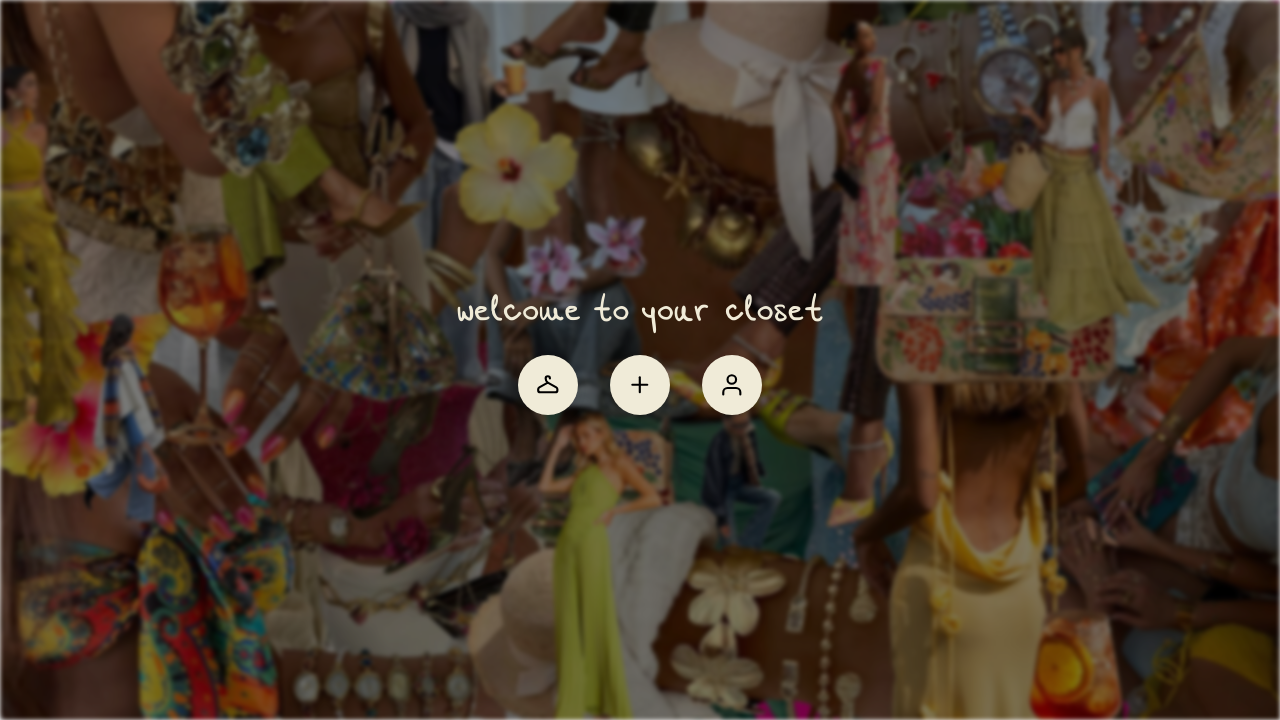
Repository: karla-sikavica/theCloset
Page: /home (app in frontend/)
An editor plug-in stored every save of this project. The page is shown before and after the next save, followed by the edit.
The browser window is 1280 px wide. The pictures show the whole page.
The project was rebuilt for these pictures with package versions that can differ from the ones it lists, and the page was loaded fresh each time. Also part of the build but not shown: frontend/vite.config.ts, frontend/src/components/css/GoogleButton.module.css, frontend/src/components/ui/GoogleButton.tsx, frontend/src/components/ui/GoogleLogin.tsx, frontend/src/pages/css/Login.module.css, frontend/src/pages/Login.tsx, frontend/src/pages/css/Loading.module.css, frontend/src/pages/Loading.tsx and 12 more.

Above is the page before, as saved 2025-04-24 15:29:09.

After the next save:
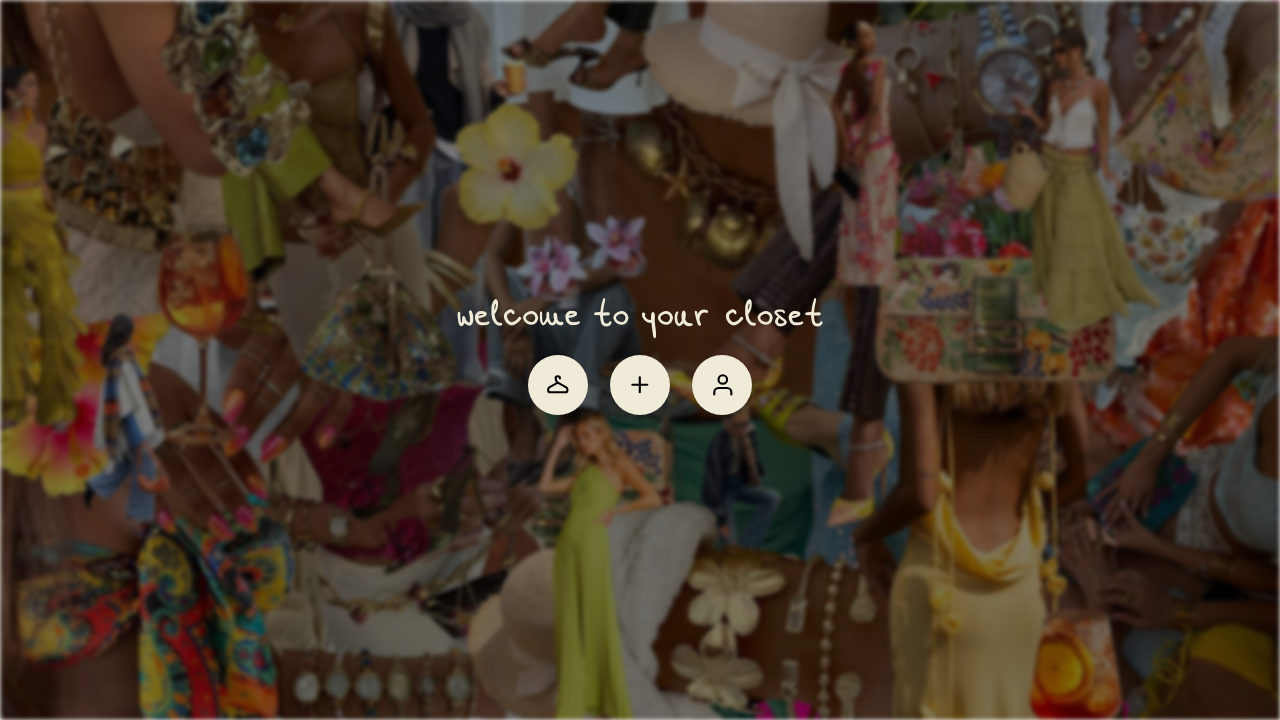
Saved 2 min 13 s later.
--- a/frontend/src/components/css/HomeButton.css
+++ b/frontend/src/components/css/HomeButton.css
@@ -7,7 +7,7 @@
     display: flex;
     align-items: center;
     justify-content: center;
-    margin: 1rem;
+    margin: 0.7rem;
     cursor: pointer;
     transition: background-color 0.3s ease, transform 0.2s ease;
     font-size: 1.6rem;
